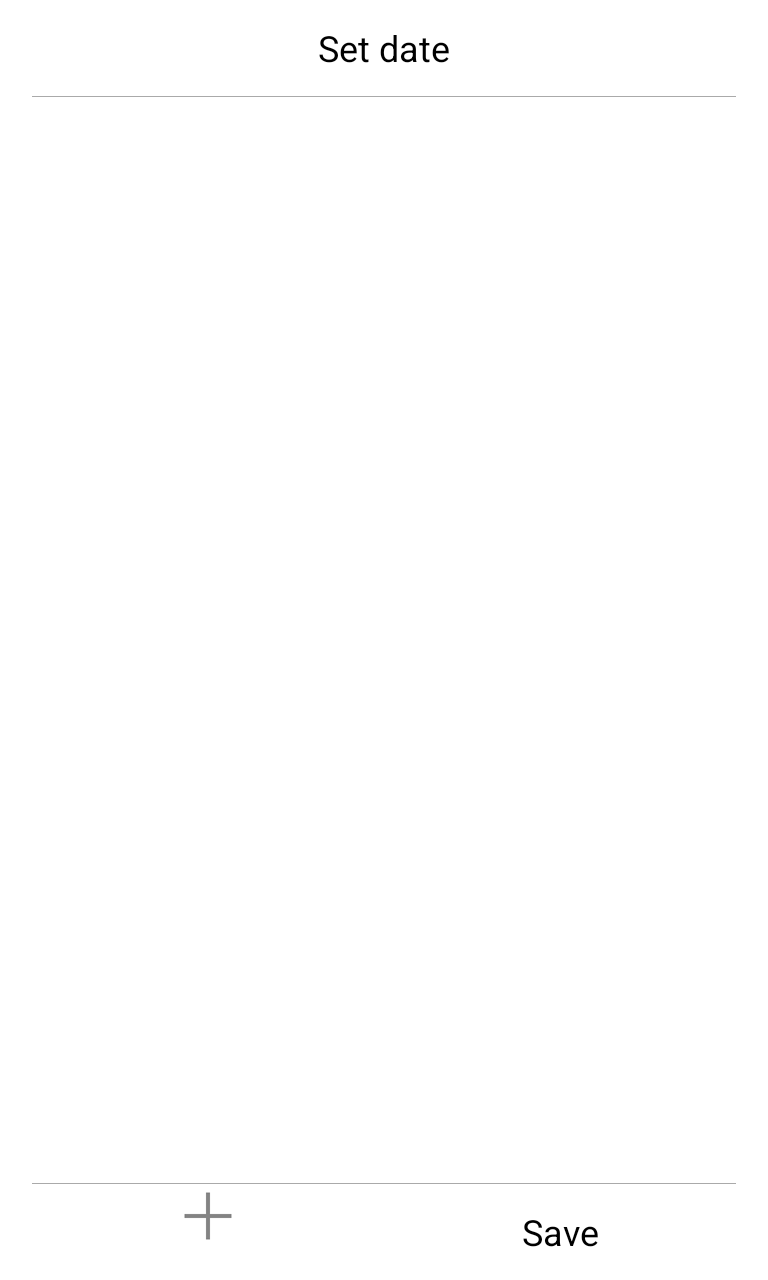
Repository: larserikstrand/IMT4904-Master
Layout: MTP/res/layout/activity_list.xml
These files come from the project's save history. The layout is drawn as it stood at one moment and after the next save; the edit follows.
It is drawn on a 768 x 1280 px phone screen (xhdpi) without system bars, with theme android:Theme.Holo.Light; the app's code is not run. Lists and similar views that code fills are empty.

Above is the layout before, as saved 2014-02-13 14:49:16.

After the next save:
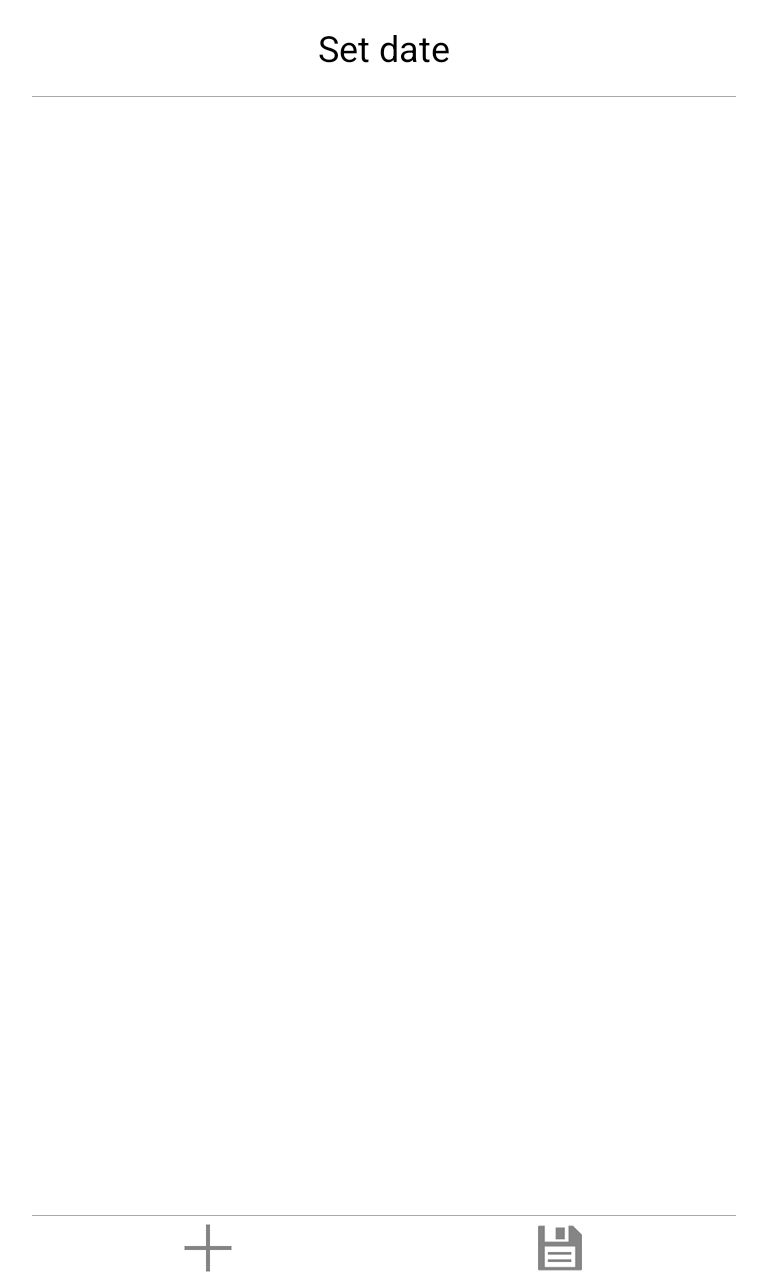
Saved 3 min 2 s later.
--- a/MTP/res/layout/activity_list.xml
+++ b/MTP/res/layout/activity_list.xml
@@ -40,11 +40,12 @@
         	android:src="@drawable/ic_content_new"
         	android:contentDescription="@string/new_task" />
 
-        <Button android:id="@+id/save_button"
+        <ImageButton android:id="@+id/save_button"
         	android:layout_width="0dp"
         	android:layout_height="wrap_content"
         	android:layout_weight="1"
         	android:background="?android:attr/selectableItemBackground"
+        	android:src="@drawable/ic_content_save"
         	android:text="@string/save" />
 
     </LinearLayout>
